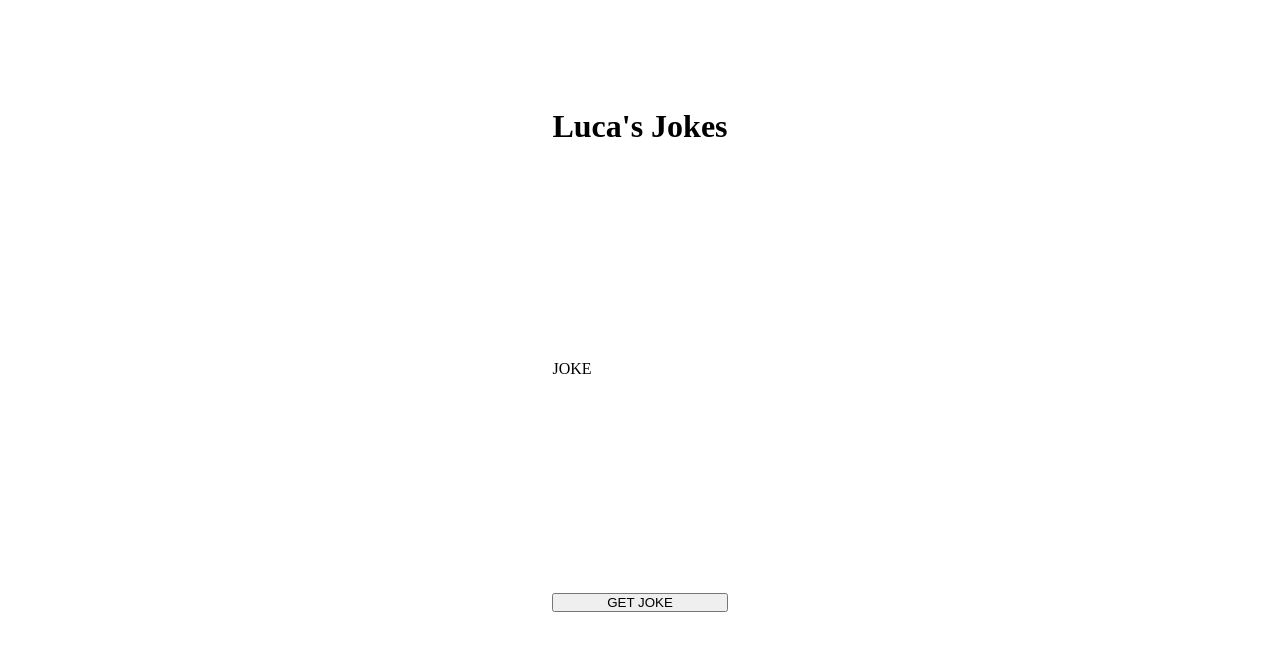
Repository: SerbanLuca/ChuckNorrisJokes-app
Page: /
These files come from the project's save history. The page is drawn as it stood at one moment and after the next save; the edit follows.
The browser window is 1280 px wide. The pictures show the whole page.
The project was rebuilt for these pictures with package versions that can differ from the ones it lists, and the page was loaded fresh each time.

Above is the page before, as saved 2021-04-07 13:40:48.

After the next save:
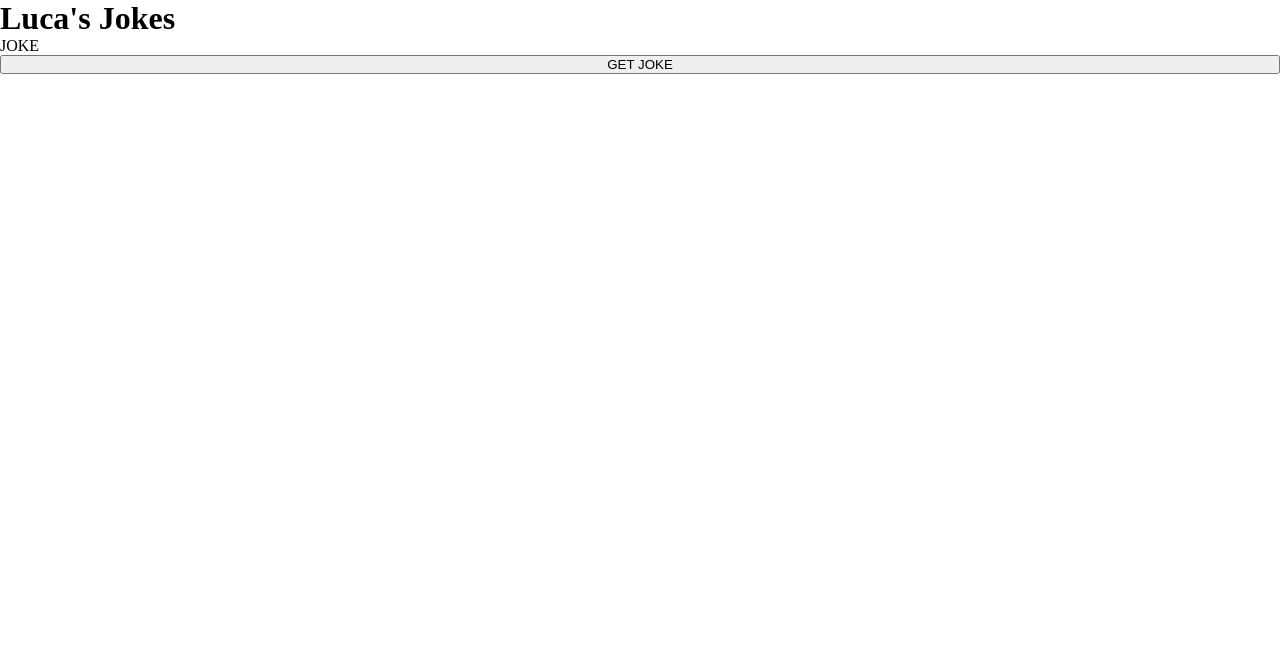
Saved 34 s later.
--- a/src/App.css
+++ b/src/App.css
@@ -8,8 +8,6 @@
 .container
 {
   display: grid;
-  align-items: center;
-  justify-content: center;
-  min-height: 100vh;
+
 
 }
